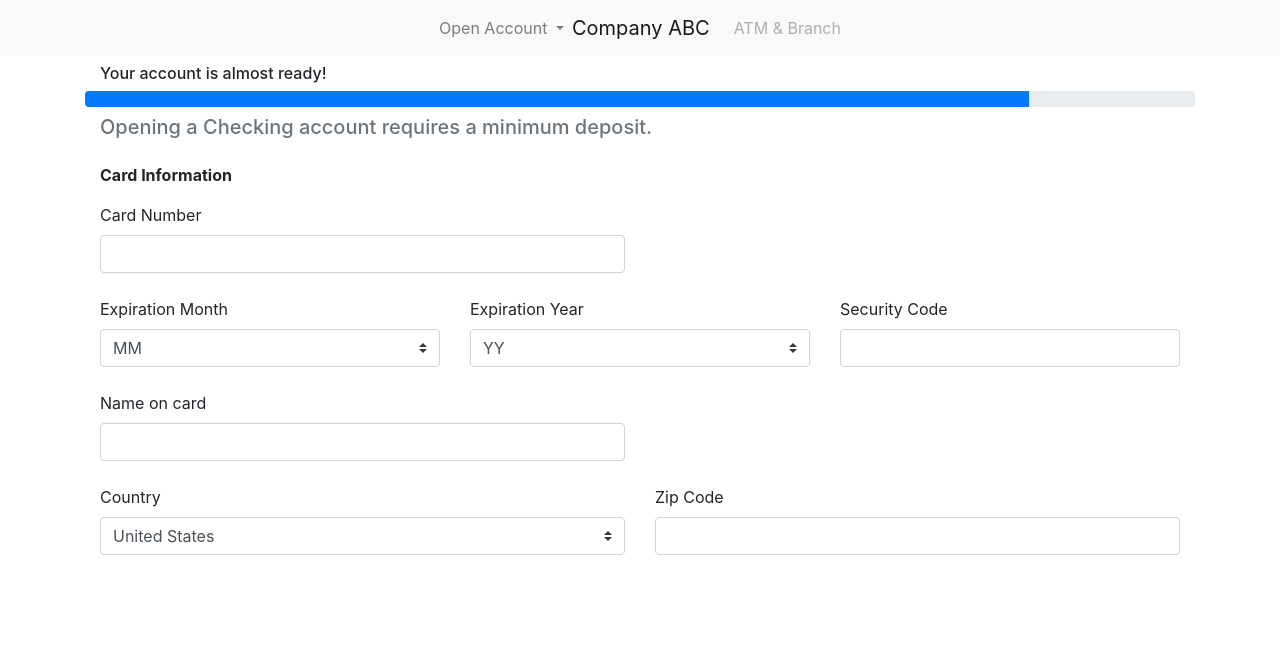
Repository: barriosan95/banking-opening-account-demo
Page: http://localhost/checking/application/customerInfo/finances/agreements/deposit
The author's editor kept a record of every edit. The page is drawn from the files as they stood at one moment, then again after the next edit.
The browser window is 1280 px wide. The pictures show the whole page.
Some web fonts or font styles are not loaded; a fallback is used. Some web libraries are served in a nearby version. The page is served by the project's Node server (index.js).

Above is the page before.

After the next edit:
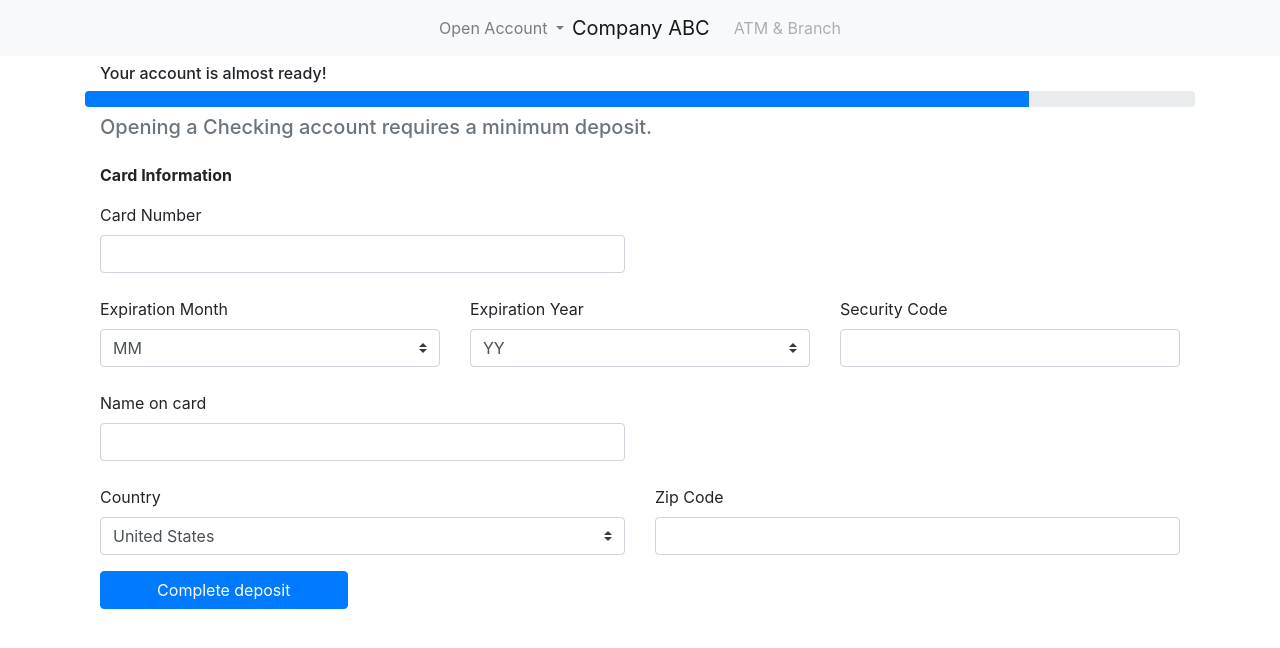
The edit:
--- a/views/deposit_app.ejs
+++ b/views/deposit_app.ejs
@@ -84,6 +84,13 @@
                 </div>
             </div>
         </div>
+        <div class ="container">
+                <div class ="row mt-2">
+                    <div class = "col-md-3 mr-auto">
+                        <a href="#" > <button class="btn btn-primary mt-2 btn-block">Complete deposit</button></a>
+                </div>
+            </div>
+        </div>
     </div>
 
 <% include ./partials/footer %>
